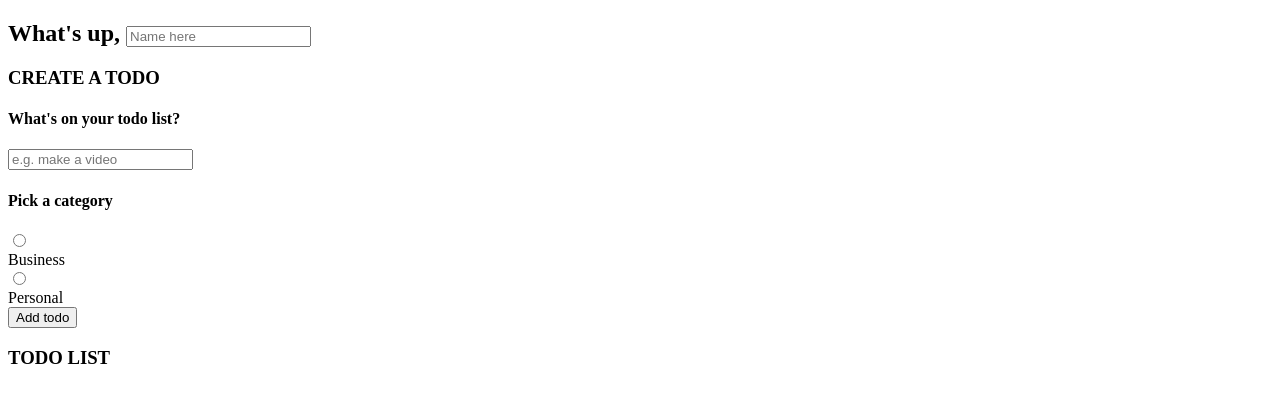
Repository: Kajo-lab/vue-todo
Page: /
These files come from the project's save history. The page is drawn as it stood at one moment and after the next save; the edit follows.
The browser window is 1280 px wide. The pictures show the whole page.
The project was rebuilt for these pictures with package versions that can differ from the ones it lists, and the page was loaded fresh each time. Also part of the build but not shown: vite.config.js.

Above is the page before, as saved 2022-07-05 17:00:17.

After the next save:
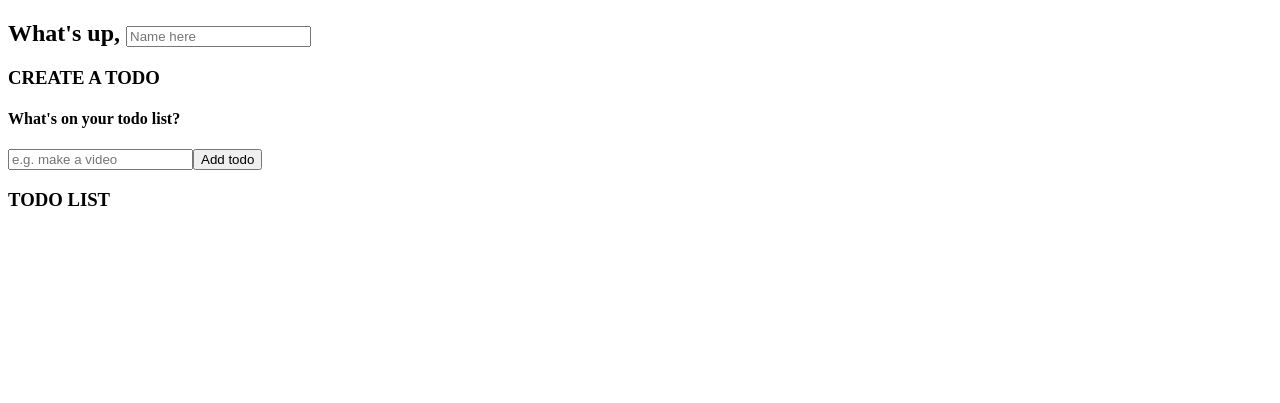
Saved 35 s later.
--- a/src/App.vue
+++ b/src/App.vue
@@ -56,34 +56,6 @@ onMounted(() => {
 					id="content"
 					placeholder="e.g. make a video"
 					v-model="input_content" />
-
-				<h4>Pick a category</h4>
-				<div class="options">
-
-					<label>
-						<input
-							type="radio"
-							name="category"
-							id="category1"
-							value="business"
-							v-model="input_category" />
-						<span class="bubble business"></span>
-						<div>Business</div>
-					</label>
-
-					<label>
-						<input
-							type="radio"
-							name="category"
-							id="category2"
-							value="personal"
-							v-model="input_category" />
-						<span class="bubble personal"></span>
-						<div>Personal</div>
-					</label>
-
-				</div>
-
 				<input type="submit" value="Add todo" />
 			</form>
 		</section>
